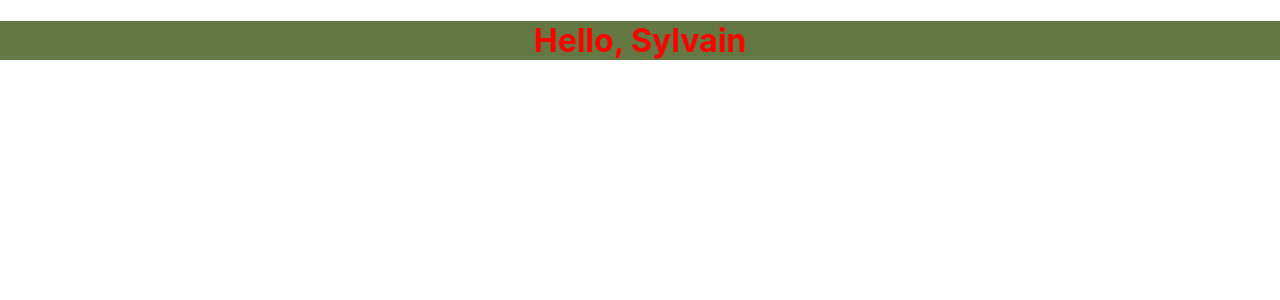
Repository: sylvainJacot/JS_Studio_2019
Page: /
The author's editor kept a copy of each file at every save. The page is drawn from the files as they stood at one save, then again after the next save.
The browser window is 1280 px wide. The pictures show the whole page.
The project was rebuilt for these pictures with package versions that can differ from the ones it lists, and the page was loaded fresh each time.

Above is the page before, as saved 2019-05-31 17:41:06.

### src/App.js
import React from "react";
import "./App.css";
import PropTypes from 'prop-types';
import Header from "./components/header";
import styled from 'styled-components';

const Body = styled.div`
background-color: grey;
margin: 0;
padding: 0;
`;

function App() {
  return (
    <div className="App">
      <Body>
<Header name="Sylvain"/>
</Body></div>
  );
}

App.propTypes = {
  name: PropTypes.string
}

export default App;

### src/components/header.js
import React from "react";
import PropTypes from 'prop-types';
import styled from 'styled-components';
import {color} from './color';

const HeaderContainer = styled.div`
background-color: ${color.red};
`;

const Title = styled.h1`
color: red;
`;


class Header extends React.Component {
    render() {
      return (
        <HeaderContainer>
        <Title>Hello, {this.props.name}</Title>
        </HeaderContainer>
      );
    }
  }

Header.propTypes = {
    name: PropTypes.string
  };

  Header.defaultProps = {
    name: 'Stranger'
  };

  export default Header;

### src/components/color.js
export const color = {
red:"#647842",
blue:"#000000",
};

Loaded but not shown: public/index.html (common file); src/index.js (common file); src/index.css (common file); src/serviceWorker.js (common file); src/App.css (common file)

After the next save:
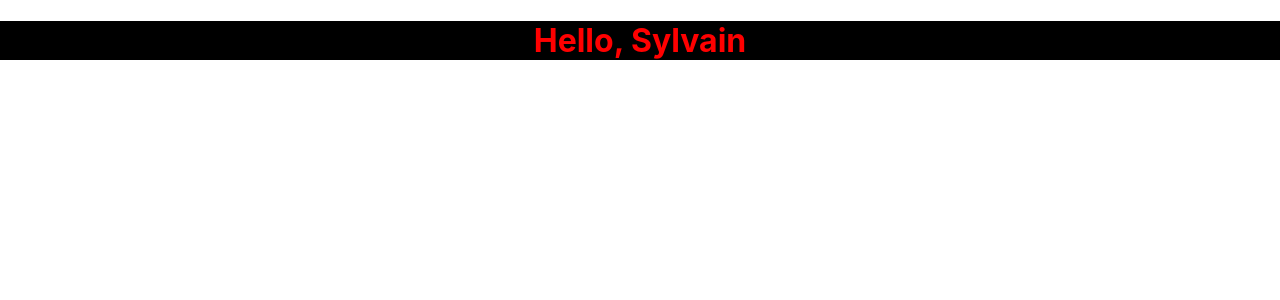
Saved 15 s later.
--- a/src/components/header.js
+++ b/src/components/header.js
@@ -4,7 +4,7 @@
 import {color} from './color';
 
 const HeaderContainer = styled.div`
-background-color: ${color.red};
+background-color: ${color.blue};
 `;
 
 const Title = styled.h1`
